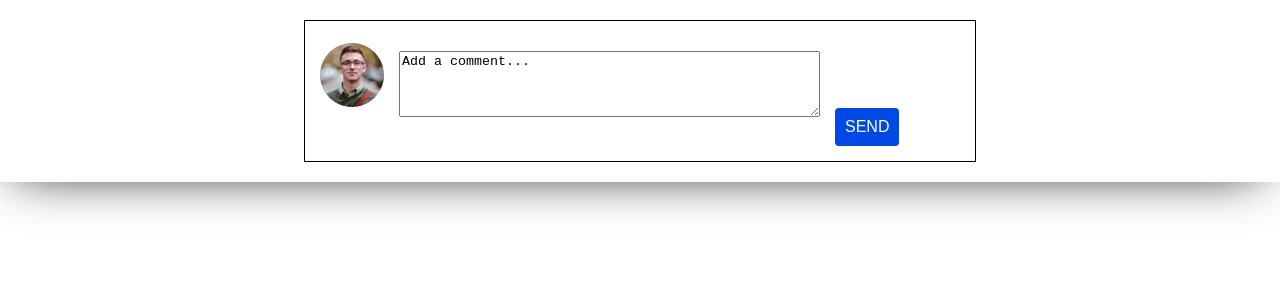
Repository: badhon252/interactive-comments-section
Page: /
The author's editor kept a copy of each file at every save. The page is drawn from the files as they stood at one save, then again after the next save.
The browser window is 1280 px wide. The pictures show the whole page.
The project was rebuilt for these pictures with package versions that can differ from the ones it lists, and the page was loaded fresh each time.

Above is the page before, as saved 2022-01-27 21:14:40.

After the next save:
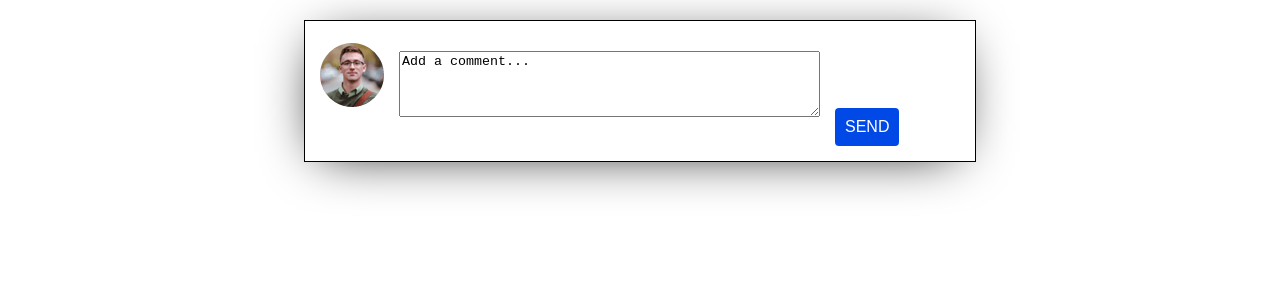
Saved 13 s later.
--- a/src/components/Comments.js
+++ b/src/components/Comments.js
@@ -4,8 +4,8 @@ import Avatar from "../images/avatars/image-juliusomo.png";
 export default function Comments() {
   return (
     <div>
-      <div className="comment shadow">
-        <form action="" className="comment-section">
+      <div className="comment ">
+        <form action="" className="comment-section shadow">
           <img src={Avatar} alt="images" />
           <textarea name="" id="" rows="4" cols="50">
             Add a comment...
